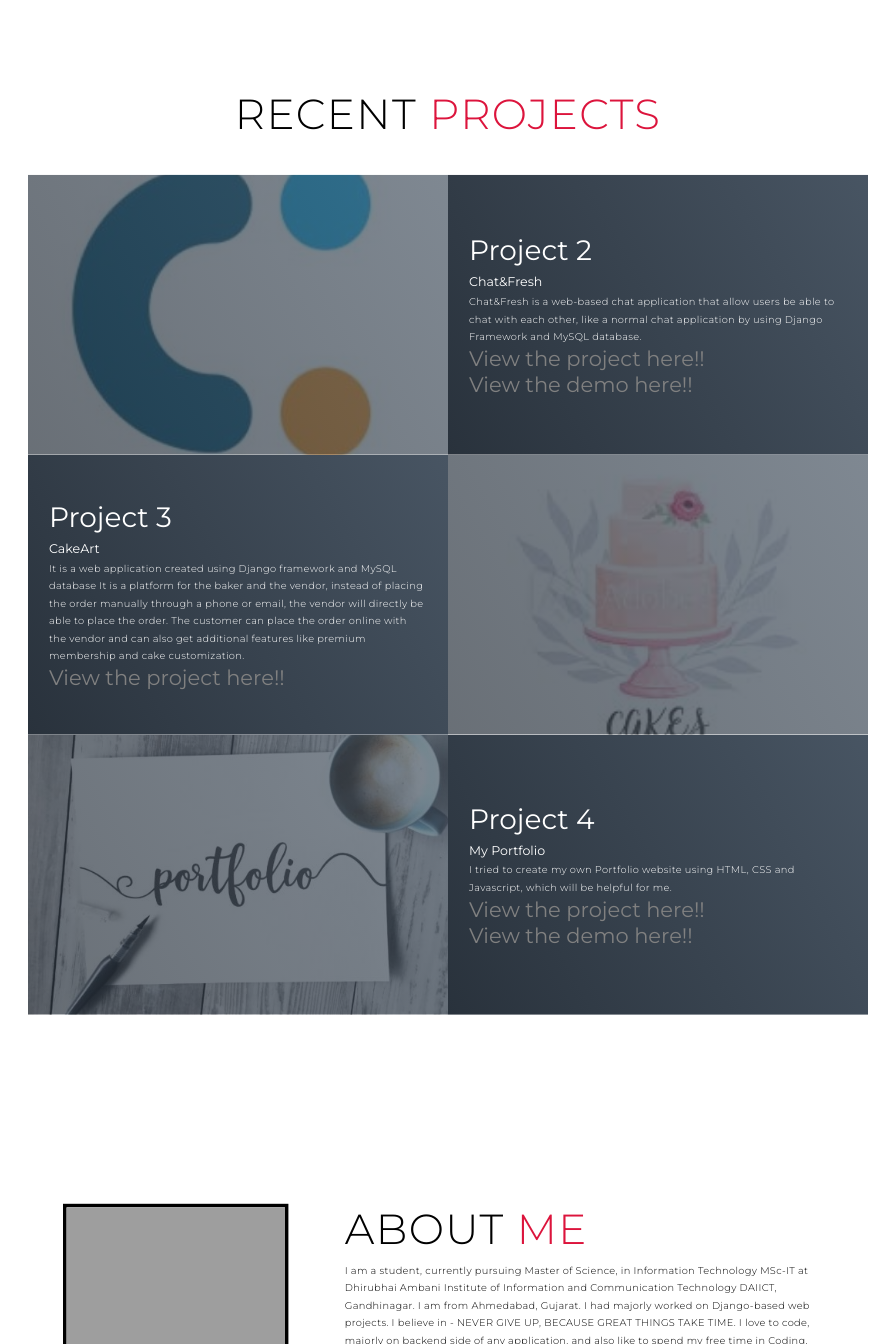
Repository: sanjana-poptani/sanjana-poptani.github.io
Page: index.html
The author's editor kept a copy of each file at every save. The page is drawn from the files as they stood at one save, then again after a run of saves.
The browser window is 1280 px wide. The pictures show the part of the page from y = 1494 to 3414 px (the page is 4684 px tall before and 5084 px after), at 70% of full size.
Pictures or frames that could not be fetched are drawn as grey boxes.

Above is the page before, as saved 2021-12-28 00:41:27.

After the next 3 saves:
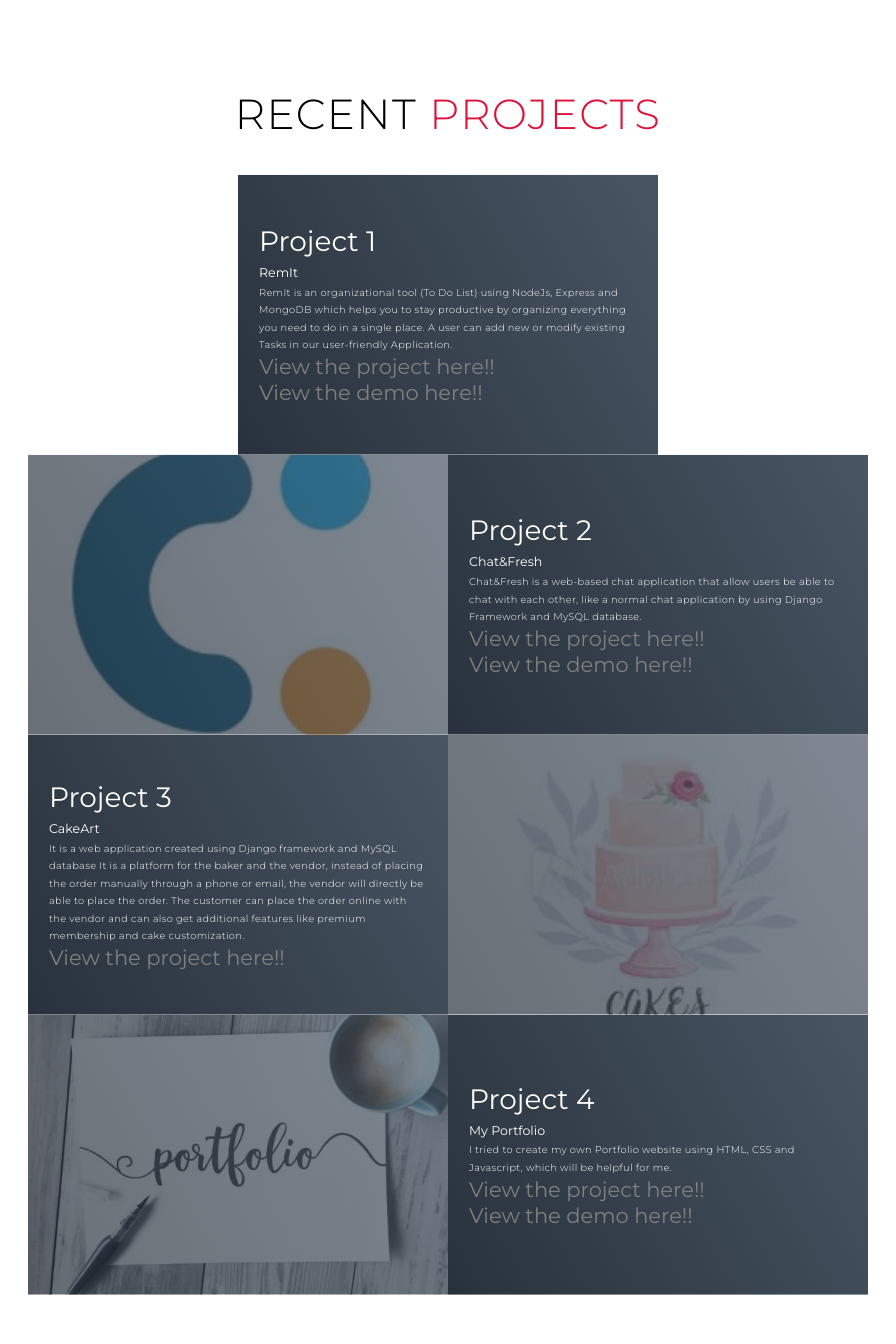
The 3 saves are shown as one change because they came seconds apart.
The last was saved 9 s later.
--- a/index.html
+++ b/index.html
@@ -91,7 +91,17 @@
         <h1 class="section-title">Recent <span>Projects</span></h1>
       </div>
       <div class="all-projects">
-        <div>
+        <div class="project-item">
+          <div class="project-info">
+            <h1>Project 1</h1>
+            <h2>RemIt</h2>
+            <p>RemIt is an organizational tool (To Do List) using NodeJs, Express and MongoDB which helps you to stay productive
+              by organizing everything you need to do in a single place. A user can add new
+              or modify existing Tasks in our user-friendly Application.</p>
+                <a href="https://github.com/sanjana-poptani/RemIt" style="text-decoration: none;font-size: 30px;color: gray;" target="blank"> View the project here!!</a>
+                <a href="https://remit-siskv.herokuapp.com/" style="text-decoration: none;font-size: 30px;color: gray;" target="blank"> View the demo here!!</a>
+
+          </div>
 
         </div>
         <div class="project-item">
